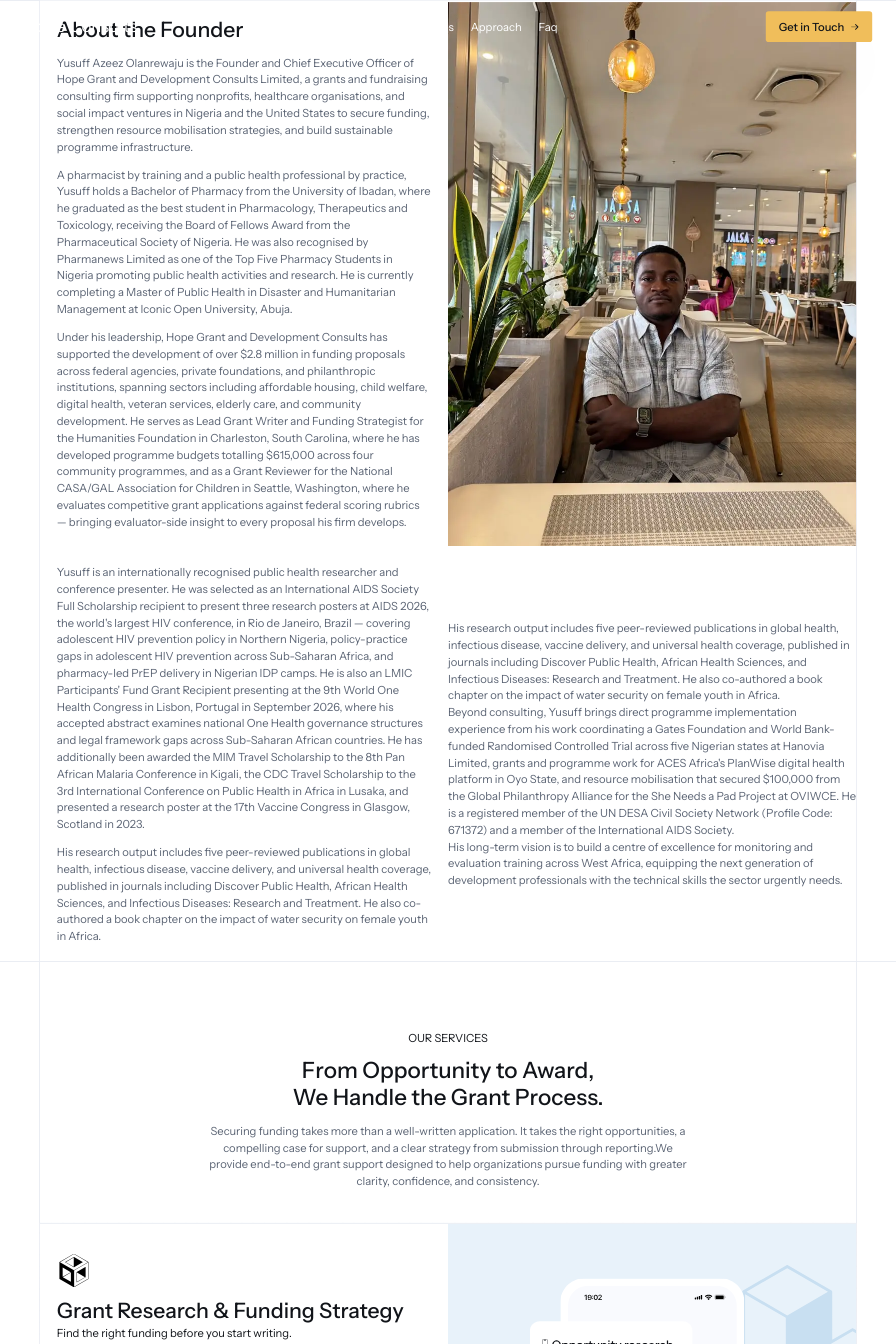
Repository: Ajeyinka/Upgrowth
Page: about.html
The author's editor kept a copy of each file at every save. The page is drawn from the files as they stood at one save, then again after the next save.
The browser window is 1280 px wide. The pictures show the part of the page from y = 0 to 1920 px (the page is 5462 px tall), at 70% of full size.

Above is the page before, as saved 2026-09-24 18:45:37.

### about.html
<!doctype html>
<html lang="en">
  <head>
    <meta charset="UTF-8" />
    <meta name="viewport" content="width=device-width, initial-scale=1.0" />
     <meta
      name="description"
      content="Granted Advisors specialize in helping you scale your impact and secure resources they need to fulfill their mission"
    />
    <meta name="author" content="designer_0layinka" />
    <meta name="robots" content="index, follow" />
    <title>UpGrowth Consulting | grant writing service</title>
    <link rel="stylesheet" href="styles.css" />
    <link rel="icon" type="image/svg" href="images/logo.svg">
     <script src="script.js" defer></script>
  </head>
  <body>

    <nav class="navbar">
      <div class="nav-wrapper">
        <a class="logo" href="/">
           Hope Consults
        </a>

      <ul class="nav-list">
        <li><a href="#about">About Us</a></li>
        <li><a href="#services">Services</a></li>
        <li><a href="#approach">Approach</a></li>
        <li><a href="#faq">Faq</a></li>
      </ul>
      <div class="btn-wrap">
        <a href="contact.html" class="primary-btn"
          >Get in Touch
           <svg xmlns:xlink="http://www.w3.org/1999/xlink"  width="100%" height="100%" viewBox="0 0 16 17" fill="currentColor" xmlns="http://www.w3.org/2000/svg">
<path opacity="0.5" d="M2.66659 8C2.53398 8 2.4068 8.05268 2.31303 8.14645C2.21926 8.24021 2.16659 8.36739 2.16659 8.5C2.16659 8.63261 2.21926 8.75978 2.31303 8.85355C2.4068 8.94732 2.53398 9 2.66659 9L2.66659 8ZM2.66659 9L13.3333 9L13.3333 8L2.66659 8L2.66659 9Z" fill="currentColor"></path>
<path d="M13.9152 8.02637C14.1555 8.32095 14.138 8.75567 13.8634 9.03028L9.86341 13.0303C9.57051 13.3232 9.09575 13.3232 8.80286 13.0303C8.50997 12.7374 8.50997 12.2626 8.80286 11.9697L12.2726 8.5L8.80286 5.03028C8.50997 4.73738 8.50997 4.26262 8.80286 3.96973C9.09575 3.67684 9.57052 3.67684 9.86341 3.96973L13.8634 7.96973L13.9152 8.02637Z" fill="currentColor"></path>
</svg>
        </a>
      </div>
      <div class="btn-toggle-hold">
              <a href="#" class="toggle_button" id="toggle_button">
                <span class="bar one"></span>
                <span class="bar two"></span>
                <span class="bar three"></span>
              </a>

            </div>

    </nav>
    <main>
         <section class="about-section" id="about">
  <div class="container_large">
    <div class="padding_globe">
      <div class="service-component">
        <div class="section-conten">

        <div class="two-col-grid">
            <div class="grid-text">
              <div>


                <h2>
                  About the Founder
                </h2>
              </div>

              <p>
                Yusuff Azeez Olanrewaju is the Founder and Chief Executive Officer of Hope Grant and Development Consults Limited, a grants and fundraising consulting firm supporting nonprofits, healthcare organisations, and social impact ventures in Nigeria and the United States to secure funding, strengthen resource mobilisation strategies, and build sustainable programme infrastructure.



              </p>
              <p>A pharmacist by training and a public health professional by practice, Yusuff holds a Bachelor of Pharmacy from the University of Ibadan, where he graduated as the best student in Pharmacology, Therapeutics and Toxicology, receiving the Board of Fellows Award from the Pharmaceutical Society of Nigeria. He was also recognised by Pharmanews Limited as one of the Top Five Pharmacy Students in Nigeria promoting public health activities and research. He is currently completing a Master of Public Health in Disaster and Humanitarian Management at Iconic Open University, Abuja.</p>
                <p>
                Under his leadership, Hope Grant and Development Consults has supported the development of over $2.8 million in funding proposals across federal agencies, private foundations, and philanthropic institutions, spanning sectors including affordable housing, child welfare, digital health, veteran services, elderly care, and community development. He serves as Lead Grant Writer and Funding Strategist for the Humanities Foundation in Charleston, South Carolina, where he has developed programme budgets totalling $615,000 across four community programmes, and as a Grant Reviewer for the National CASA/GAL Association for Children in Seattle, Washington, where he evaluates competitive grant applications against federal scoring rubrics — bringing evaluator-side insight to every proposal his firm develops.

              </p>
            </div>

            <div class="grid-image">
              <img src="images/consult.webp" alt="" />
            </div>
          </div>

           <div class="two-col-grid">
            <div class="grid-text">



              <p>
                Yusuff is an internationally recognised public health researcher and conference presenter. He was selected as an International AIDS Society Full Scholarship recipient to present three research posters at AIDS 2026, the world's largest HIV conference, in Rio de Janeiro, Brazil — covering adolescent HIV prevention policy in Northern Nigeria, policy-practice gaps in adolescent HIV prevention across Sub-Saharan Africa, and pharmacy-led PrEP delivery in Nigerian IDP camps. He is also an LMIC Participants' Fund Grant Recipient presenting at the 9th World One Health Congress in Lisbon, Portugal in September 2026, where his accepted abstract examines national One Health governance structures and legal framework gaps across Sub-Saharan African countries. He has additionally been awarded the MIM Travel Scholarship to the 8th Pan African Malaria Conference in Kigali, the CDC Travel Scholarship to the 3rd International Conference on Public Health in Africa in Lusaka, and presented a research poster at the 17th Vaccine Congress in Glasgow, Scotland in 2023.
              </p>
               <p>
                His research output includes five peer-reviewed publications in global health, infectious disease, vaccine delivery, and universal health coverage, published in journals including Discover Public Health, African Health Sciences, and Infectious Diseases: Research and Treatment. He also co-authored a book chapter on the impact of water security on female youth in Africa.
              </p>
            </div>

            <div class="grid-image">

               <p>
                His research output includes five peer-reviewed publications in global health, infectious disease, vaccine delivery, and universal health coverage, published in journals including Discover Public Health, African Health Sciences, and Infectious Diseases: Research and Treatment. He also co-authored a book chapter on the impact of water security on female youth in Africa.
              </p>
              <p>Beyond consulting, Yusuff brings direct programme implementation experience from his work coordinating a Gates Foundation and World Bank-funded Randomised Controlled Trial across five Nigerian states at Hanovia Limited, grants and programme work for ACES Africa's PlanWise digital health platform in Oyo State, and resource mobilisation that secured $100,000 from the Global Philanthropy Alliance for the She Needs a Pad Project at OVIWCE. He is a registered member of the UN DESA Civil Society Network (Profile Code: 671372) and a member of the International AIDS Society.</p>
              <p>His long-term vision is to build a centre of excellence for monitoring and evaluation training across West Africa, equipping the next generation of development professionals with the technical skills the sector urgently needs.</p>
            </div>
          </div>

        </div>
      </div>
    </div>
  </div>
</section>

        <section class="service-section" id="services">
          <div class="container_large">
             <div class="padding_globe">
              <div class="service-component">
                 <div class="section-top">
                  <div class="section-top-text">
                        <div class="eye-brow">OUR SERVICES</div>
                        <h2>From Opportunity to Award, We Handle the Grant Process.</h2>
                         <p>Securing funding takes more than a well-written application. It takes the right opportunities, a compelling case for support, and a clear strategy from submission through reporting.We provide end-to-end grant support designed to help organizations pursue funding with greater clarity, confidence, and consistency.</p>
                  </div>

                 </div>
                 <div class="section-content">
                   <div class="two-col-grid">
                     <div class="grid-text">
                      <img src="images/grant.svg" alt="" srcset="">
                      <div>
                        <h3>Grant Research & Funding Strategy</h3>
                       <div class="eye-brow">Find the right funding before you start writing.</div>
                      </div>
                       <p>Not every grant is worth pursuing. We research and evaluate funding opportunities based on your mission, programs, eligibility, geography, priorities, and long-term goals.Instead of chasing every available opportunity, you'll have a focused pipeline of grants that make sense for your organization.</p>
                        <div class="tags">
                        <div class="tag">Opportunity research</div>
                        <div class="tag">Funder and eligibility analysis</div>
                        <div class="tag">Funding prospect lists</div>
                        <div class="tag">Grant calendars and deadlines</div>
                        <div class="tag">Funding strategy development</div>
                        <div class="tag">Application readiness assessment</div>
                       </div>
                     </div>
                     <div class="grid-image">
                      <img src="images/firstbg.svg" alt="" srcset="">
                      <img src="images/grand-research.svg" alt="" srcset="" class=" rsh">
                    </div>
                   </div>
                    <div class="two-col-grid">

                     <div class="grid-image">
                      <img src="images/secondbg.svg" alt="" srcset="">
                      <img src="images/grantwrite.svg" alt="" srcset="" class="top">
                    </div>
                    <div class="grid-text">
                      <img src="images/grant2.svg" alt="" srcset="">
                      <div>
                        <h3>Grant Writing & Proposal Development</h3>
                       <div class="eye-brow">Turn your mission into a case funders can believe in..</div>
                      </div>
                       <p>A strong proposal connects what your organization does with what funders care about. We transform your programs, goals, data, and impact into clear, persuasive applications built around each funder's requirements.From the first narrative to the final submission package, every detail is developed with clarity and purpose.</p>
                        <div class="tags">
                        <div class="tag">Proposal and narrative development</div>
                        <div class="tag">Letters of inquiry and concept notes</div>
                        <div class="tag">Goals, objectives, and outcomes</div>
                        <div class="tag">Budget narrative support</div>
                        <div class="tag">Application review and editing</div>
                        <div class="tag">Needs statements and program descriptions</div>
                       </div>
                     </div>
                   </div>
                    <div class="two-col-grid">
                     <div class="grid-text">
                      <img src="images/grant3.svg" alt="" srcset="">
                       <div>
                        <h3>Grant Management & Reporting</h3>
                       <div class="eye-brow">Stay funded after the award..</div>
                      </div>
                       <p>Winning a grant creates new responsibilities. Deadlines, reporting requirements, deliverables, renewals, and funder communication all need careful management.We help you stay organized and accountable throughout the grant lifecycle, while positioning your organization for stronger funder relationships and future opportunities.</p>
                       <div class="tags">
                        <div class="tag">Grant calendar management</div>
                        <div class="tag">Reporting and documentation</div>
                        <div class="tag">Progress and impact reports</div>
                        <div class="tag">Compliance tracking</div>
                        <div class="tag">Renewal applications</div>
                        <div class="tag">Funder communication support</div>
                        <div class="tag">Ongoing grant pipeline management</div>
                       </div>
                     </div>
                     <div class="grid-image">
                      <img src="images/thirdbg.svg" alt="" srcset="">
                      <img src="images/grantmanage.svg" alt="" srcset="" class="top">
                    </div>
                   </div>
                 </div>
              </div>
             </div>
          </div>
        </section>
        <section class="approach-section" id="approach">
          <div class="container_large">
             <div class="padding_globe">
              <div class="service-component">
                <div class="section-top">
                  <div class="section-top-text">
                        <div class="eye-brow">OUR APPROACH</div>
                        <h2>The Right Grant.The Right Story.The Right Strategy.</h2>
                         <p>Successful grant funding starts long before the application and continues after the award. Our approach brings research, strategy, writing, and grant management together into one clear process, so every opportunity you pursue has purpose behind it.</p>
                  </div>

                 </div>
                 <div class="section-content">
                   <div class="three-col-grid">
                     <div class="approach-card">
                       <img src="images/grant4.svg" alt="">
                       <div>
                         <div class="eyebrow">DISCOVER</div>
                        <h3>We Start With Your Mission.</h3>
                       </div>
                       <p>Before we search for funding, we take the time to understand your organization, programs, goals, community, and funding priorities. This gives us the foundation to identify opportunities that truly align with the work you do.</p>
                       <div class="eyebrow">Understand the mission. Define the need. Set the direction.</div>
                     </div>
                     <div class="approach-card">
                       <img src="images/grant5.svg" alt="">
                       <div>
                         <div class="eyebrow">RESEARCH</div>
                         <h3>We Find the Right Opportunities.</h3>
                       </div>
                       <p>More grants don't always mean more funding. We research and qualify opportunities based on eligibility, alignment, funding priorities, deadlines, and your likelihood of being a strong candidate.</p>
                        <div class="eyebrow">Less chasing. More strategic opportunities.</div>
                     </div>
                      <div class="approach-card">
                       <img src="images/grant6.svg" alt="">
                       <div>
                         <div class="eyebrow">DEVELOP</div>
                         <h3>We Build a Compelling Case.</h3>
                       </div>
                       <p>We turn your programs, impact, data, and vision into a clear proposal tailored to each funder. Every application is developed to communicate not only what you need, but why your work deserves investment.</p>
                        <div class="eyebrow">Clear narratives. Strong applications. Funder-focused storytelling.</div>
                     </div>
                      <div class="approach-card">
                       <img src="images/grant.svg" alt="">
                       <div>
                         <div class="eyebrow">SUPPORT</div>
                         <h3>We Stay With You Beyond Submission.</h3>
                       </div>
                       <p>Our work doesn't have to end when you hit submit. We can help manage your grant pipeline, reporting requirements, renewals, deadlines, and future opportunities, giving you a more consistent approach to funding.</p>
                        <div class="eyebrow">From first opportunity to long-term funding strategy.</div>
                     </div>


                   </div>
                 </div>
              </div>

             </div>
          </div>
        </section>


        <section class="cta-section rel" id="cta">
          <div class="container_large">
             <div class="padding_globe">
                  <img src="images/bg.svg" alt="" class="bg">
                  <img src="images/bg1.svg" alt="" class="bg2">
                  <div class="cta-component">
                      <h2>Ready to discuss your funding needs?</h2>
                      <p>Schedule a Sales Discovery Call today!</p>
                       <div class="btn-wrapper">
                        <a href="contact.html" class="primary-btn"
                          >Get Grant Support
                           <svg xmlns:xlink="http://www.w3.org/1999/xlink"  width="100%" height="100%" viewBox="0 0 16 17" fill="currentColor" xmlns="http://www.w3.org/2000/svg">
                              <path opacity="0.5" d="M2.66659 8C2.53398 8 2.4068 8.05268 2.31303 8.14645C2.21926 8.24021 2.16659 8.36739 2.16659 8.5C2.16659 8.63261 2.21926 8.75978 2.31303 8.85355C2.4068 8.94732 2.53398 9 2.66659 9L2.66659 8ZM2.66659 9L13.3333 9L13.3333 8L2.66659 8L2.66659 9Z" fill="currentColor"></path>
                              <path d="M13.9152 8.02637C14.1555 8.32095 14.138 8.75567 13.8634 9.03028L9.86341 13.0303C9.57051 13.3232 9.09575 13.3232 8.80286 13.0303C8.50997 12.7374 8.50997 12.2626 8.80286 11.9697L12.2726 8.5L8.80286 5.03028C8.50997 4.73738 8.50997 4.26262 8.80286 3.96973C9.09575 3.67684 9.57052 3.67684 9.86341 3.96973L13.8634 7.96973L13.9152 8.02637Z" fill="currentColor"></path>
                          </svg>
                        </a>
                      </div>
                  </div>
             </div>
          </div>
        </section>

    </main>
      <footer>
             <div class="container_large">
               <div class="padding_globe">
                    <div class="footer-component">
                      <div class="col">
                        <img src="images/footerlogo.svg" alt="">
                        <p>Scale your funding opportunities</p>
                      </div>
                      <div class="col">
                        <h4>Navigate</h4>
                        <ul class="footer-links">
                            <li><a href="index.html#about">About Us</a></li>
                            <li><a href="index.html#services">Services</a></li>
                            <li><a href="index.html#approach">Approach</a></li>
                            <li><a href="contact.html">Get in Touch</a></li>
                        </ul>
                      </div>
                      <div class="col">
                        <h4>Services</h4>
                        <ul class="footer-links">
                            <li><a href="index.html#services">Grant Writing</a></li>
                            <li><a href="index.html#services">Grant Research</a></li>
                            <li><a href="index.html#services">Grant Management</a></li>
                            </ul>
                      </div>
                      <div class="col">
                        <h4>Legal</h4>
                        <ul class="footer-links">
                            <li><a href="privacy.html">Privacy notice</a></li>
                            <li><a href="cookie-policy.html">cookie policy</a></li>
                            <li><a href="contact.html">Contact Us</a></li>
                        </ul>
                      </div>
                      <div class="footer-btm">
                        <p>© 2024 UpGrowth.</p>
                      </div>
                    </div>
             </div>
        </footer>
  </body>
</html>

Loaded but not shown: images/grand-research.svg (58 lines, source omitted); images/grantmanage.svg (52 lines, source omitted); images/grantwrite.svg (95 lines, source omitted); images/footerlogo.svg (25 lines, source omitted); images/bg1.svg (4 lines, source omitted); images/bg.svg (5 lines, source omitted); images/grant4.svg (5 lines, source omitted); images/grant3.svg (3 lines, source omitted); images/grant5.svg (3 lines, source omitted); images/grant6.svg (3 lines, source omitted); images/grant2.svg (3 lines, source omitted); images/grant.svg (5 lines, source omitted); images/secondbg.svg (11 lines, source omitted); images/thirdbg.svg (4 lines, source omitted); script.js (76 lines, source omitted); styles.css (1070 lines, source omitted)

After the next save:
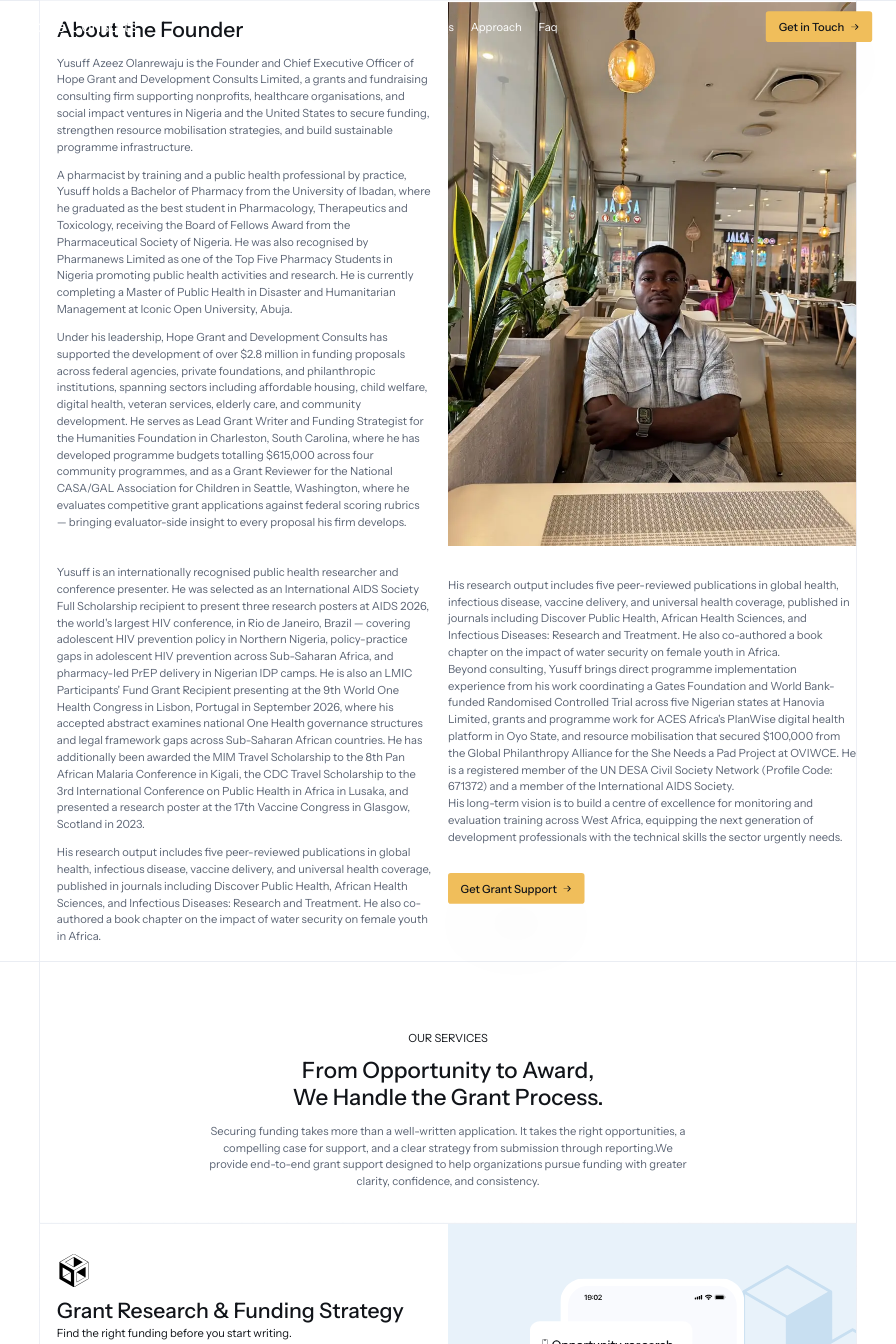
Saved 40 s later.
--- a/about.html
+++ b/about.html
@@ -102,6 +102,15 @@
               </p>
               <p>Beyond consulting, Yusuff brings direct programme implementation experience from his work coordinating a Gates Foundation and World Bank-funded Randomised Controlled Trial across five Nigerian states at Hanovia Limited, grants and programme work for ACES Africa's PlanWise digital health platform in Oyo State, and resource mobilisation that secured $100,000 from the Global Philanthropy Alliance for the She Needs a Pad Project at OVIWCE. He is a registered member of the UN DESA Civil Society Network (Profile Code: 671372) and a member of the International AIDS Society.</p>
               <p>His long-term vision is to build a centre of excellence for monitoring and evaluation training across West Africa, equipping the next generation of development professionals with the technical skills the sector urgently needs.</p>
+               <div class="btn-wrapper">
+                        <a href="contact.html" class="primary-btn"
+                          >Get Grant Support
+                           <svg xmlns:xlink="http://www.w3.org/1999/xlink"  width="100%" height="100%" viewBox="0 0 16 17" fill="currentColor" xmlns="http://www.w3.org/2000/svg">
+                              <path opacity="0.5" d="M2.66659 8C2.53398 8 2.4068 8.05268 2.31303 8.14645C2.21926 8.24021 2.16659 8.36739 2.16659 8.5C2.16659 8.63261 2.21926 8.75978 2.31303 8.85355C2.4068 8.94732 2.53398 9 2.66659 9L2.66659 8ZM2.66659 9L13.3333 9L13.3333 8L2.66659 8L2.66659 9Z" fill="currentColor"></path>
+                              <path d="M13.9152 8.02637C14.1555 8.32095 14.138 8.75567 13.8634 9.03028L9.86341 13.0303C9.57051 13.3232 9.09575 13.3232 8.80286 13.0303C8.50997 12.7374 8.50997 12.2626 8.80286 11.9697L12.2726 8.5L8.80286 5.03028C8.50997 4.73738 8.50997 4.26262 8.80286 3.96973C9.09575 3.67684 9.57052 3.67684 9.86341 3.96973L13.8634 7.96973L13.9152 8.02637Z" fill="currentColor"></path>
+                          </svg>
+                        </a>
+                      </div>
             </div>
           </div>
 
